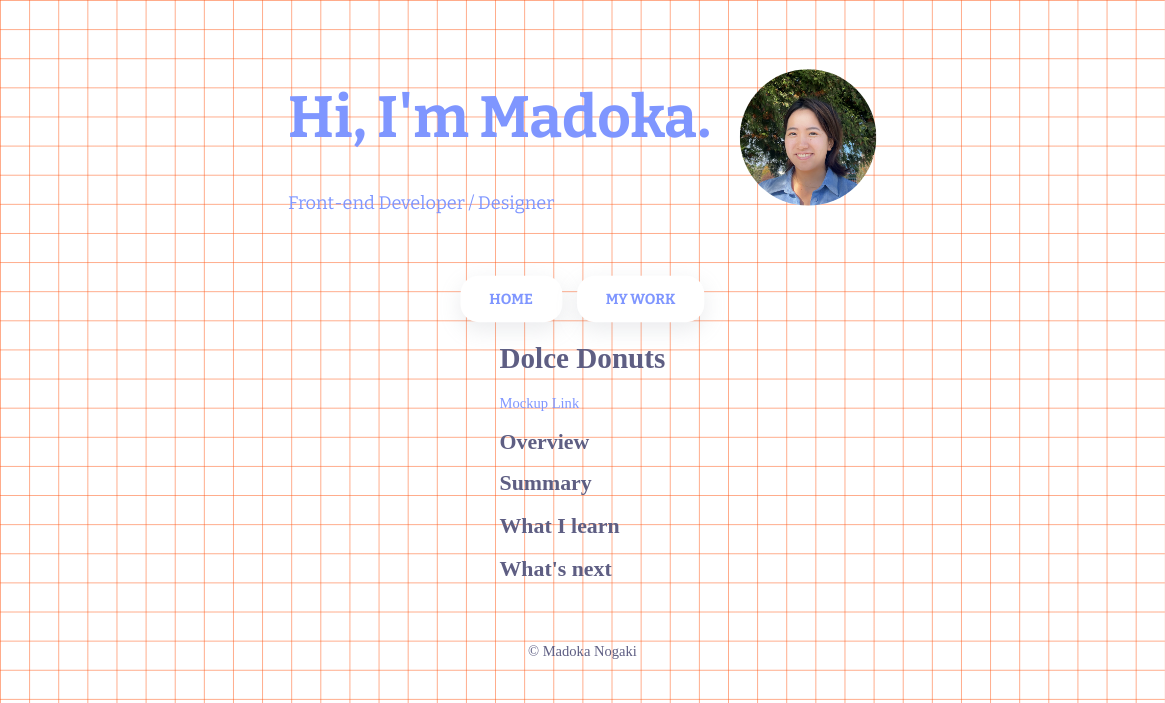
Repository: ohmaruko/portfolio
Page: /links/dolcedonuts
These files come from the project's save history. The page is drawn as it stood at one moment and after a run of saves; the edit follows.
The browser window is 1280 px wide. The pictures show the whole page, at 91% of full size.
The project was rebuilt for these pictures with package versions that can differ from the ones it lists, and the page was loaded fresh each time. The framework's server and built-in components were replaced by stand-ins that run in the browser. Also part of the build but not shown: next.config.mjs.

Above is the page before, as saved 2024-02-18 00:50:31.

### pages/links/dolcedonuts.js
import styles from '/styles/Home.module.css'
import Header from '@/components/Header'
import Footer from '@/components/Footer'
import { Open_Sans } from 'next/font/google'
import Link from 'next/link'
import Box2 from '@/components/Box2'

const openSans = Open_Sans ({subsets: ['latin']})

export default function Works() {
  return (
    <>

      <head>
        <title>Madoka Nogaki Portfolio</title>
        <meta name="description" content="Portfolio page" />
        <meta name="viewport" content="width=device-width, initial-scale=1" />
        <link rel="icon" href="/favicon.png" />
      </head>

      <div className={styles.container}>
        <Header className={openSans.className}/>
        <main className={styles.donuts}>
          <h1>Dolce Donuts</h1>
          <Link href="https://www.figma.com/proto/l18aumka9I3yuIv8W5JcGA/DolceDonuts---SET-H?type=design&t=HifTad7UBqVbb5vI-1&scaling=scale-down-width&page-id=0%3A1&node-id=1-16&starting-point-node-id=1%3A16&mode=design"
            target='_blank' style={{textDecoration: 'none', color: 'var(--blue)'}}>Mockup Link</Link>
          <h2>Overview</h2>
          <h2>Summary</h2>
          <h2>What I learn</h2>
          <h2>What's next</h2>
        </main>

        <div className={styles.outerContainer}>
          <Footer />
        </div>
      </div>

    </>
  )
}

### styles/globals.css
:root {
  --orange: #FF5714;
  --light-orange: rgba(255, 87, 20, 0.5);
  --blue: #7F96FF;
  --white: #fff;
  --text: #5e5e83;
  color: #5e5e83;

  --medium-font: 20px;
}

body {
  margin: 0;
  background-image:
    linear-gradient(to right, var(--light-orange) 1px, transparent 1px),
    linear-gradient(to bottom, var(--light-orange) 1px, transparent 1px);
  background-size: 2em 2em;
}

p {
  font-size: 16px;
}

### styles/Home.module.css
.container {
  display: flex;
  flex-direction: column;
  align-items: center;
  min-height: 100vh;
  width: 100%;
}
.header {
  width: 70%;
}
.outerContainer {
  display: flex;
  width: 70%;
  justify-content: center;
  margin: 2em auto;
}
.box1 {
  flex: 1;
  flex-basis: 60%;
}
.box2 {
  flex: 1;
  flex-basis: 40%;
}
.link {
  text-decoration: none;
  color: var(--text);
  display: flex;
  align-items: center;
  gap: 1rem;
}
.logo {
  fill: var(--blue);
}
.skill {
  display: flex;
  gap: 1rem;
}
.footer {
  margin: 2rem;
}
.works {
  margin: 2rem;
  width: 70%;
  display: flex;
  flex-wrap: wrap;
  justify-content: center;
}
.hair h1{
  color: var(--blue);
}
.logoContainer {
  display: flex;
  flex-direction: column;
}
.logoInner{
  display: flex;
  justify-content: space-evenly;
}
.film a{
  text-decoration: none;
  color: var(--blue);
}
/* mobile */
/* @media (max-width: 800px){

} */

### components/Header/index.js
import styles from './Header.module.css'
import Image from 'next/image'
import Link from 'next/link'
import { Bitter } from 'next/font/google'
const bitter = Bitter ({subsets: ['latin']})

export default function Header() {
    return (
        <header className={`${styles.header}, ${bitter.className}`}>
            <div className={styles.banner}>
                <div>
                    <h1>Hi, I'm Madoka.</h1>
                    <p style={{fontSize:"var(--medium-font)"}}>Front-end Developer / Designer</p>
                </div>
                <Image src="/images/profile.png" alt="profile image" width={150} height={150} className={styles.img} />
            </div>
            <div className={styles.menu}>
                <Link href='/'>HOME</Link>
                <Link href='/works'>MY WORK</Link>
            </div>
        </header>

    )
}

### components/Footer/index.js
import styles from "./Footer.module.css"

export default function Footer() {
    return (
        <>
            <p>&copy; Madoka Nogaki</p>
        </>
    )
}

### components/Header/Header.module.css
.header {
    width: 100%;
}
.banner {
    font-size: 2em;
    color: var(--blue);
    display: flex;
    justify-content: center;
    align-items: center;
    gap: 2rem;
    margin: 3rem 0;
}
.img {
    border-radius: 50%;
}
.menu {
    display: flex;
    justify-content: center;
    gap: 1rem;
}
.menu a {
    text-decoration: none;
    color: var(--blue);
    font-weight: bold;
    background-color: var(--white);
    box-shadow: rgba(149, 157, 165, 0.2) 0px 8px 24px;
    border-radius: 20px;
    padding: 1rem 2rem;
}

### components/Box2/index.js
import styles from "./Box2.module.css"
import Image from "next/image"

export default function Box2({
    title,
    image,
}) {
    return (
        <div className={styles.box2}>
            <Image src={image} width={300} height={300}/>
            <h2 style={{color: "var(--blue)", textAlign: "center"}}>{title}</h2>
        </div>
    )
}

### components/Box2/Box2.module.css
.box2 {
    background-color: var(--white);
    padding-bottom: 1rem;
    margin: 0.5em;
    border-radius: 50px;
    box-shadow: rgba(149, 157, 165, 0.2) 0px 8px 24px;
}

Loaded but not shown: pages/_app.js (common file); pages/_document.js (common file); components/Footer/Footer.module.css (no stored copy; drawn as an empty file)

After the next 3 saves:
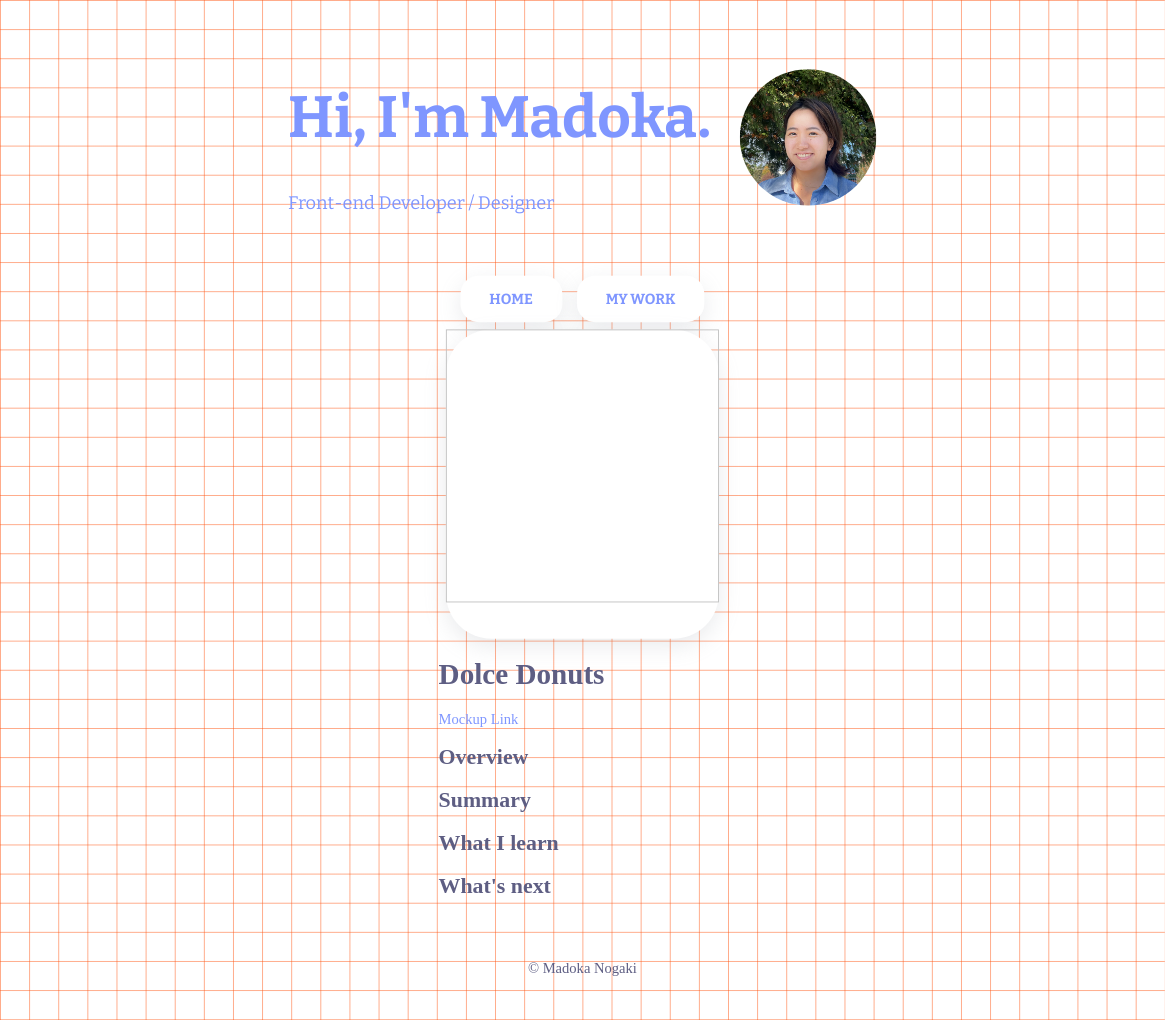
The 3 saves are shown as one change because they came seconds apart.
The last was saved 14 s later.
--- a/pages/links/dolcedonuts.js
+++ b/pages/links/dolcedonuts.js
@@ -21,6 +21,7 @@ export default function Works() {
       <div className={styles.container}>
         <Header className={openSans.className}/>
         <main className={styles.donuts}>
+          <Box2 content/>
           <h1>Dolce Donuts</h1>
           <Link href="https://www.figma.com/proto/l18aumka9I3yuIv8W5JcGA/DolceDonuts---SET-H?type=design&t=HifTad7UBqVbb5vI-1&scaling=scale-down-width&page-id=0%3A1&node-id=1-16&starting-point-node-id=1%3A16&mode=design"
             target='_blank' style={{textDecoration: 'none', color: 'var(--blue)'}}>Mockup Link</Link>
